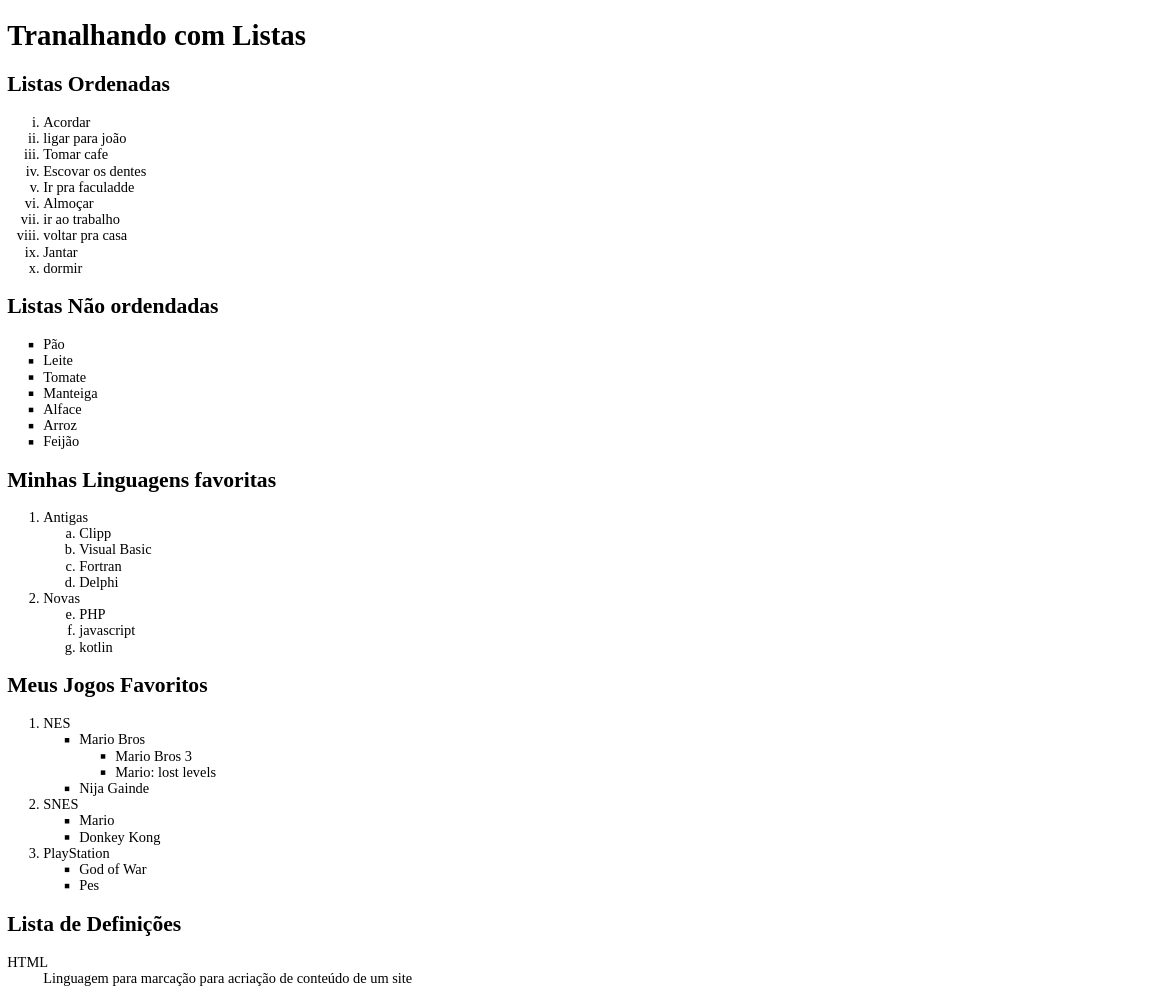
Repository: pheonix5/Estudo
Page: html-css/exercicios/ex009/index.html
An editor plug-in stored every save of this project. The page is shown before and after the next save, followed by the edit.
The browser window is 1280 px wide. The pictures show the whole page, at 90% of full size.

Above is the page before, as saved 2023-08-01 22:44:21.

### html-css/exercicios/ex009/index.html
<!DOCTYPE html>
<html lang="pt-br">

<head>
    <meta charset="UTF-8">
    <meta name="viewport" content="width=device-width, initial-scale=1.0">
    <title>Listas</title>
</head>

<body>
    <h1>Tranalhando com Listas</h1>
    <h2>Listas Ordenadas</h2>

    <ol type="i"> <!-- 1 A a I i -->
        <li>Acordar</li>
        <li>ligar para joão</li>
        <li>Tomar cafe</li>
        <li>Escovar os dentes</li>
        <li>Ir pra faculadde</li>
        <li>Almoçar</li>
        <li>ir ao trabalho</li>
        <li>voltar pra casa</li>
        <li>Jantar</li>
        <li>dormir</li>
    </ol>

    <h2>Listas Não ordendadas</h2>
    <ul type="square"> <!-- disc circle square -->
        <li>Pão</li>
        <li>Leite</li>
        <li>Tomate</li>
        <li>Manteiga</li>
        <li>Alface</li>
        <li>Arroz</li>
        <li>Feijão</li>
    </ul>

    <h2>Minhas Linguagens favoritas </h2>
    <ol>
        <li>Antigas</li>
        <ol type="a">
            <li>Clipp</li>
            <li>Visual Basic</li>
            <li>Fortran</li>
            <li>Delphi</li>
        </ol>
        <li>Novas</li>
        <ol type="a" start="5">
            <li>PHP</li>
            <li>javascript</li>
            <li>kotlin</li>
        </ol>
    </ol>

    <h2>Meus Jogos Favoritos </h2>
    <ol>
        <li>NES</li>
        <ul type="square">
            <li>Mario Bros</li>
            <ul type="square">
                <li>Mario Bros 3</li>
                <li>Mario: lost levels</li>
            </ul>
            <li>Nija Gainde</li>
        </ul>
        <li>SNES</li>
        <ul type="square">
            <li>Mario</li>
            <li>Donkey Kong</li>
        </ul>
        <li>PlayStation</li>
        <ul type="square">
            <li>God of War</li>
            <li>Pes</li>
        </ul>
    </ol>

    <h2>Lista de Definições</h2>
    <dl>
        <dt>HTML</dt>
        <dd>Linguagem para marcação para acriação de conteúdo de um site</dd>
    </dl>
</html>

After the next save:
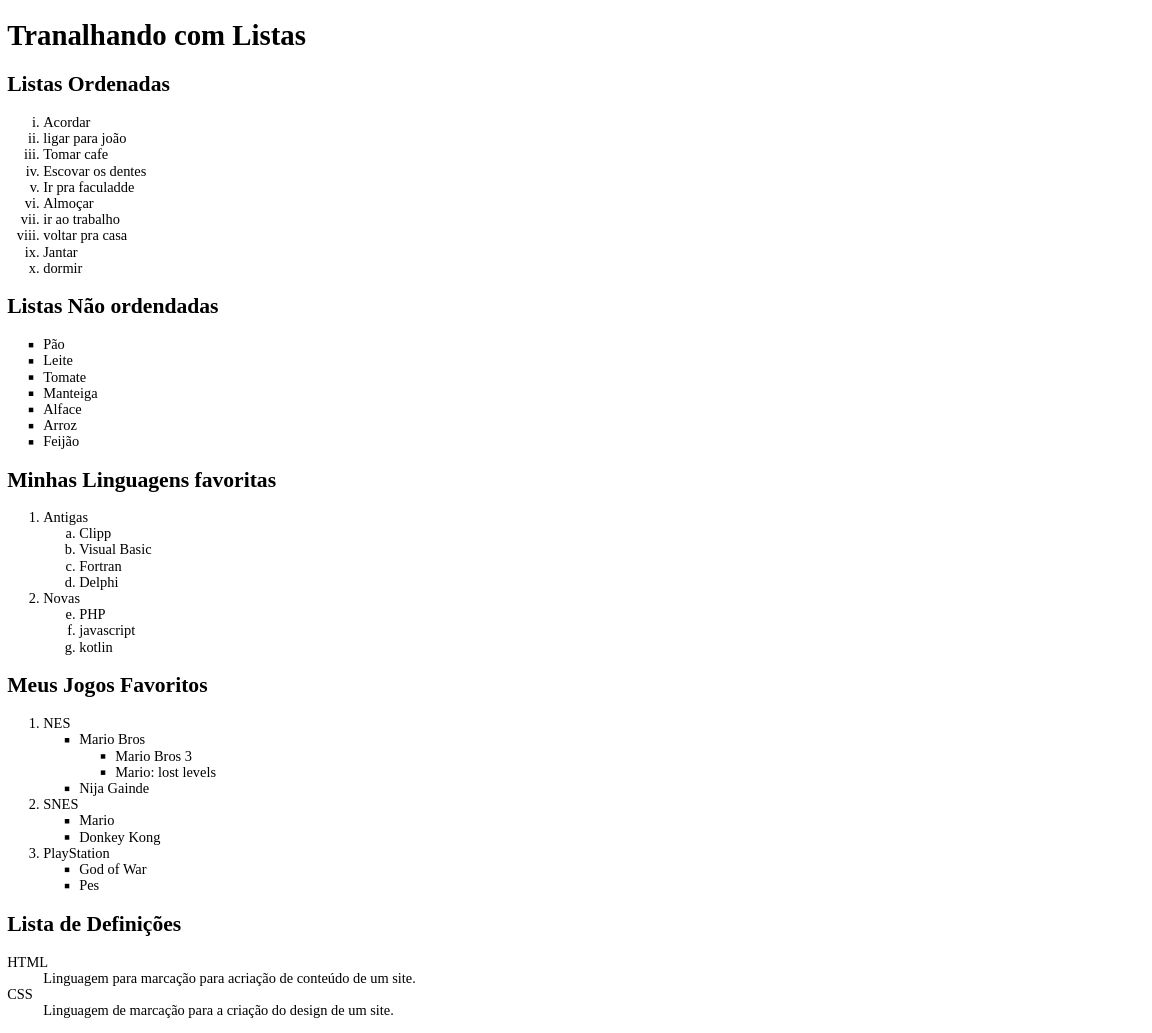
Saved 33 s later.
--- a/html-css/exercicios/ex009/index.html
+++ b/html-css/exercicios/ex009/index.html
@@ -78,6 +78,8 @@
     <h2>Lista de Definições</h2>
     <dl>
         <dt>HTML</dt>
-        <dd>Linguagem para marcação para acriação de conteúdo de um site</dd>
+        <dd>Linguagem para marcação para acriação de conteúdo de um site.</dd>
+        <dt>CSS</dt>
+        <dd>Linguagem de marcação para a criação do design de um site.</dd>
     </dl>
 </html>
